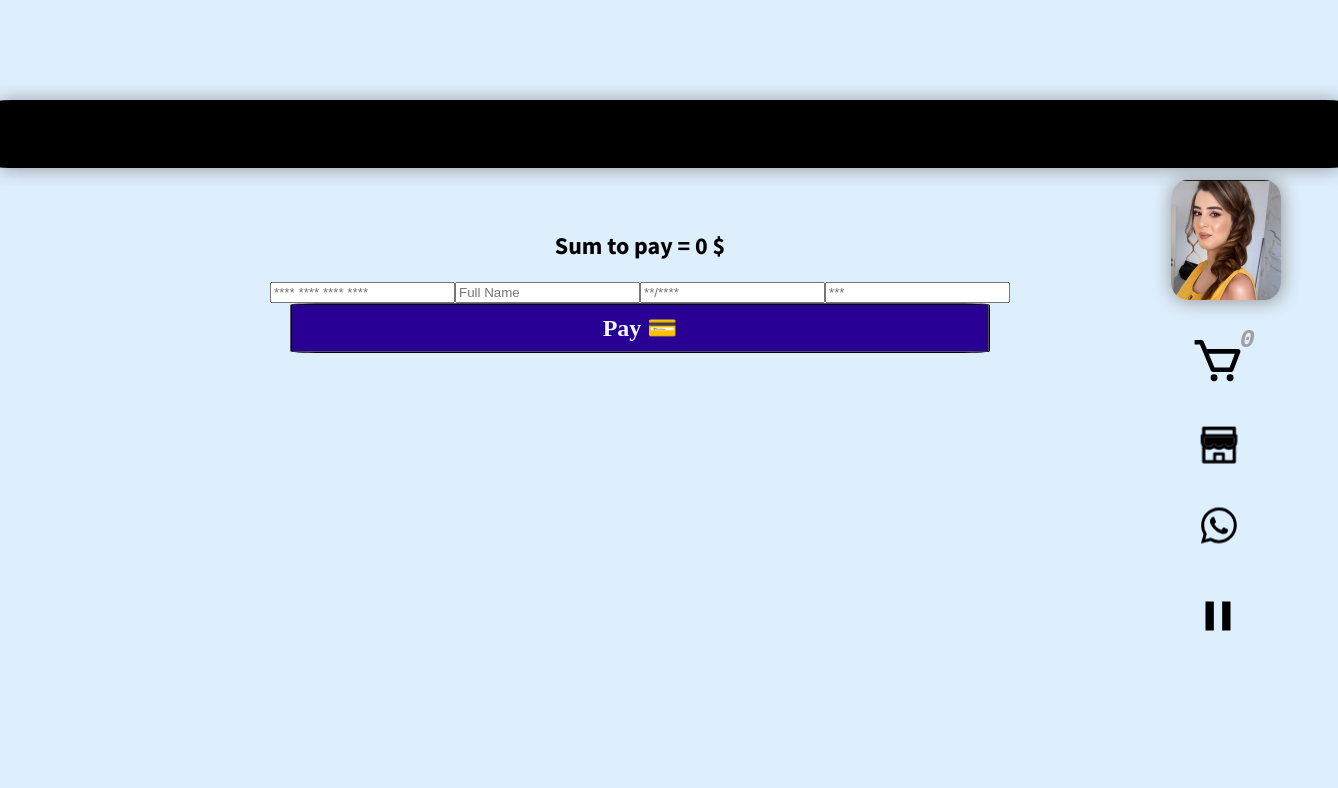
Repository: rehamAbass/BeautyCareShop
Page: /, after clicking the first element matching `svg.cartIcon`
These files come from the project's save history. The page is drawn as it stood at one moment and after the next save; the edit follows.
The browser window is 1280 px wide. The page is 1338 px wide, so the pictures cover 1338 px, including what lies to the right of the window. The pictures show the whole page.
The page's requests for data from a server got no answer. Some web fonts or font styles are not loaded; a fallback is used. The project was rebuilt for these pictures with package versions that can differ from the ones it lists, and the page was loaded fresh each time. No one was signed in, and anything a server would have sent is missing. Also part of the build but not shown: src/components/allProducts/card-list.css, src/components/allProducts/prod/card.css, src/components/allProducts/prod/card.component.jsx, src/components/search-box/search-box.css, src/components/myCart/cartProduct/cartProduct.css, src/components/myCart/cartProduct/cartProduct.jsx. Imported but missing from the stored project, and not drawn on this page: src/components/header/music/ed.mp3.

Above is the page before, as saved 2022-06-08 17:11:07.

### public/index.html
<!DOCTYPE html>
<html lang="en">
  </style>
  <head>
    <meta charset="utf-8" />
    <link rel="icon" href="" />
    <meta name="viewport" content="width=device-width, initial-scale=1" />
    <meta name="theme-color" content="#000000" />
    <meta
      name="description"
      content="Web site created using create-react-app"
    />
    <link rel="apple-touch-icon" href="" />
    <link rel="manifest" href="%PUBLIC_URL%/manifest.json" />
    <link rel="preconnect" href="https://fonts.googleapis.com">
    <link rel="preconnect" href="https://fonts.gstatic.com" crossorigin>
    <link href="https://fonts.googleapis.com/css2?family=Bigelow+Rules&display=swap" rel="stylesheet">
    <link rel="preconnect" href="https://fonts.googleapis.com">
    <link rel="preconnect" href="https://fonts.gstatic.com" crossorigin>
    <link href="https://fonts.googleapis.com/css2?family=Bigelow+Rules&family=Dancing+Script&display=swap"
      rel="stylesheet">
    <title color:'purble'>BeautyShop💄</title>
  </head>
  <body>

    <div id="root"></div>
  </body>
</html>

<!--
  <video id="video1" loop="" muted="" src="https://prod-streaming-video-msn-com.akamaized.net/aa5cb260-7dae-44d3-acad-3c7053983ffe/1b790558-39a2-4d2a-bcd7-61f075e87fdd.mp4"></video>

 -->

### src/components/allProducts/card-list.component.jsx

import './card-list.css'
import Card from './prod/card.component'
import React from 'react'

const CardList = ({ group ,addProduct}) => {
    return (
        <div className='card-list'>
            {group.map((p,i) =>
                (
                    <Card
                    key={i}
                    product={p}
                     addProduct={addProduct}/>
                )
            )
            }
        </div >

    )
}

export default CardList;

### src/components/search-box/search-box.component.jsx

import React from 'react'
import './search-box.css'


const SearchBox = ({ className, placeholder, searchHandler, group }) => {

    return (
        <div className='search-box'>
            <input
                className={className}
                type='search'
                placeholder='Search Products'
                onChange={searchHandler}
                style={{
                     fontStyle:'unset', fontStretch: 'extra-expanded'
                , fontSize:'large', borderRadius:'15%'}}
            />
            {group.length === 0 ?
                <div className='alert2'> NO Products with this prefix </div> : ''}
        </div>
    )
}


export default SearchBox;

### src/App.css
body {
  margin: 0;
  padding: 0;
  font-family: -apple-system, BlinkMacSystemFont, 'Segoe UI', 'Roboto', 'Oxygen',
    'Ubuntu', 'Cantarell', 'Fira Sans', 'Droid Sans', 'Helvetica Neue',
    sans-serif;
    background-color:rgba(192, 190, 228, 0.135);
  -webkit-font-smoothing: antialiased;
  -moz-osx-font-smoothing: grayscale;
  text-align: center;
}



















/* -------------------------------------------------------------------------------------- */

/* .App {
  text-align: center;
}

.App-logo {
  height: 40vmin;
  pointer-events: none;
}

@media (prefers-reduced-motion: no-preference) {
  .App-logo {
    animation: App-logo-spin infinite 20s linear;
  }
}

.App-header {
  background-color: #2d5cba;
  min-height: 100vh;
  display: flex;
  flex-direction: column;
  align-items: center;
  justify-content: center;
  font-size: calc(10px + 2vmin);
  color: white;
}

.App-link {
  color: #61dafb;
}

@keyframes App-logo-spin {
  from {
    transform: rotate(0deg);
  }
  to {
    transform: rotate(360deg);
  }
}

*/

### src/components/header/header.component.jsx
import React from 'react'
import './header.css'
import Music from './music/music.component';
import fatme from './fatme.jpeg'
import CartIcon from './cartIcon/cartIcon.component';
import {BsWhatsapp} from 'react-icons/bs'
import {AiTwotoneShop} from 'react-icons/ai'

const Header = ({counter,imgs, handleCart}) => {
    return (
        <div className='headClass'>
        <div className='imgs'>
            {imgs.map((link, i) => (
                    (i>=19 && i <29)&&<img
                    style={{transform:'scale(1)' ,  margin:'0px'}}
                    key={i}
                    src={link} alt='prod' />

            ))}
        </div>

            <img className='myImg' src={fatme} alt='me'
            />
               <CartIcon
            counter={counter}
             handleCart={handleCart}
            />
            <AiTwotoneShop
            className='goHome'
                onClick={() => {
                     handleCart(false)}}
            />
            <h4 className='title' >
                <marquee direction='left' loop='2' >Fatima Beauty Care Shop</marquee>
            </h4>


            <Music />


            <a  className='whatsApp'  aria-label="whats"
                target="_blank" rel="noopener"
                href="https://api.whatsapp.com/send?phone=972543656019&text=hello%20Fatima%20from%20your%20BeautyCareShop%20Website%20💄"
              >
              <BsWhatsapp/>
            </a>
        </div>
    )
}

export default Header;

### src/components/myCart/myCart.jsx
import './myCart.css'
import React from 'react'
import Card from './cartProduct/cartProduct.jsx'
import { useState } from 'react'

import Pay from './Payment/Pay'


const Cart = ({ sum, group, addProduct, deleteProduct, decreaseProduct  , handleSumCount}) => {

        const [paid, setPaid] = useState(false);
        const handlePaid = (val) => {
                setPaid(val);
            }
            //--------------------------------------
    return (
        <div className='allComp' >
              <h2 className='sum'> Sum to pay =  { sum } $ </h2>



                 {(paid === false)&&
                 <Pay/>}
                  {(paid === false)&&
            <button className='payy'
                onClick={() => {
                    handlePaid(true);
                     handleSumCount(true);
                      }}>
                 Pay 💳
                 </button>}
           {(paid == true)&&
            <h2
            style={{ fontSize: 'x-large' }}>
                THANK YOU MAN, PAID SUSSESSFULLY💳👍🏼👍🏼
            </h2>}


           {(paid === false) &&
            <div className='myCart' > {
                group.map((p, index) => (<
                                Card key = { index }
                                product = { p }
                                addProduct = { addProduct }
                                deleteProduct = { deleteProduct }
                                decreaseProduct = { decreaseProduct }
                                />)
                            )
            }
            </div>}
            </div>
                    )
                }


                export default Cart;

### src/components/header/header.css
.title {
    width: 110%;
    position: relative;
    font-size: 46px;
    font-weight: bolder;
    font-family: 'Dancing Script';
 color:rgb(251, 251, 251);
    font-stretch: extra-expanded;
    /* text-shadow: 11px 1px 11px rgb(255, 0, 123); */
    background-color: rgb(0, 0, 0);
     box-shadow: 1px 1px 17px 1px rgba(135, 134, 135, 0.74);
     margin-top: 40px;
     border-radius:1%;
}
.imgs{
    width: 110%;
    position: relative;
    height:60px;
     margin: 0px;
}
.goHome{
    color:rgb(0, 0, 0);
     position:fixed;
    margin-left: 47%;
    margin-top:376px;
     transform: scale(2.6);
}
.goHome:hover{
    color:rgb(160, 160, 164);
    transform:scale(3);
}
.whatsApp{
    color:rgb(0, 0, 0);
     position:fixed;
    margin-left: 47%;
    margin-top:290px;
     transform: scale(2);
}
.whatsApp:hover{
  color:rgb(160, 160, 164);

   }
.myImg{
    position:fixed;
    margin-left: 44%;
    margin-top:120px;
    width: 110px;
  height: 120px;
    box-shadow: 1px 1px 17px 1px rgb(155, 153, 153);
    border-radius:15%;
}

.headClass {
    border-radius: 12%;
    width: 95%;
    height: 30px;
    font-size: large;
    /* font-weight: 700; */
    font-style: italic;

}

### src/components/header/music/music.component.jsx
import './music.css'
import { useState, useEffect } from 'react'
import { MdPlayArrow, MdPause } from 'react-icons/md'
import  React  from 'react'
import ed from "./ed.mp3";

const aud = new Audio(ed);
aud.play();

const Music = () => {
    const [flagPlaying, setIsActive] = useState(true);
    const handleClick = (value) => {
        setIsActive(value);
        if (value === true) {
            aud.loop = true;
            aud.play();
        } else {
            aud.pause();
            aud.loop = false;
        }
    }

    return (<div className='myAudio'>
        {(flagPlaying === false) &&
            <MdPlayArrow
                className='btnAudio'
                onClick={() => {
                    if (flagPlaying === false) {
                        handleClick(true);
                    }
                }}
            />
        }
        {(flagPlaying === true) &&
            <MdPause
                className='btnAudio'
                style={{color:'black'}}
                onClick={() => {
                    if (flagPlaying === true) {
                        handleClick(false);
                    }
                }}
            />
        }
    </div>
    )
}


export default Music;

### src/components/header/cartIcon/cartIcon.component.jsx
import React from 'react'
import './cart.css'
import { BiCart } from "react-icons/bi";


const CartIcon = ({ counter,handleCart}) => {

    return (
        <div className='cart-container'>
            <span className='counter'>{counter}</span>
            <BiCart
                    className='cartIcon'
                    onClick={() => {
                      handleCart(true);
                     }}
                />
        </div>
    )
}
export default CartIcon;

### src/components/myCart/myCart.css
.myCart{
    width:900px;
    max-width: 900px;
    margin-left:3%;
    display: grid;
    grid-template-Columns:  1fr 1fr 1fr ;
    grid-gap: 0.4%;
    margin-top: 4%;
    margin-bottom:30%;
}

.alert1 {
    margin-top: 200px;
    text-align: center;
    /* padding: 40px; */
    /* color: rgb(55, 100, 212); */
    color:black;
    font-size: 50px;
    font-stretch: extra-expanded;
    font-family: 'Dancing Script';
    font-weight: bolder;
    text-shadow: 1px 1px  1px rgb(0, 0, 0);
    transform: scale(1.22);
    /* margin-top: '36%'; */
    margin-left:110%;
}
.sum{
    margin-top: 200px;
}
.alertPay {
     margin-left:-42%;
  /* margin-top: 400px; */
    text-align: center;
    color: rgb(13, 37, 100);
    font-size: 350x;
    /* font-stretch: extra-expanded; */
    /* font-family: 'Dancing Script'; */
    font-weight: bolder;
    text-shadow: 1px 1px  1px rgb(0, 0, 0);

}
.payy{
    cursor:pointer;
    border-style:ridge;
    border: 20 rgb(0, 0, 0);
    width :700px;
    height:50px;
      color:aliceblue;
    background-color:rgb(40, 0, 148);
   font-family:serif;
    font-size:x-large;
    font-weight:800;
    border-radius:4%;
}

.paybtn:hover{
    color:rgb(3, 3, 216);
    background-color:rgb(252, 252, 252);
    box-shadow: 1px 1px 2px 1px  rgb(0, 52, 197);
}

### src/components/myCart/Payment/Pay.jsx


import React from 'react'
import './Pay.css'

import {useState} from 'react';
const Pay =()=>{
    const [onChangee , setOnChangee] = useState({});
    const onChangeHandler =(obj)=>{
        setOnChangee(obj);
        }
 //-------------------------------
return (
    <div>
      <form id="cc-form">
    <input type="text" name="number" placeholder='**** **** **** ****'/>
    <input type="text" name="name" placeholder='Full Name'/>
    <input type="text" name="expiry" placeholder='**/****'/>
    <input type="text" name="cvc" placeholder='***'/>
</form>
    </div>
)

}



export default Pay;

### src/components/header/music/music.css
.myAudio {}

.btnAudio {
    width:  50px;
    height: 50px;
    position:fixed;
    margin-left: 45.7%;
    margin-top: 362px;
    color:rgb(0, 0, 0);
    border-radius: 90%;
}

.btnAudio:hover {
   color : rgb(160, 160, 164);
    transform: scale(1.125);
    box-shadow: 1px 1px 10px 1px  rgb(160, 162, 169);
}

### src/components/header/cartIcon/cart.css
.cartIcon{
     position:fixed;
    width:55px;
    height:55px;
    color:rgb(0, 0, 0);
    margin-top:1%;
    /* transform: translateZ(-1);
    transition: transform 0.25s ease-out; */
}
.cartIcon:hover{
    transform:scale(1.12);
    color:rgb(160, 160, 164);
}
.cart-container{
    position:fixed;
    margin-left: 93%;
    margin-top: 260px;
}
.cart-container:hover{
    color:rgb(0, 0, 0);
 /* transform: scale(1); */
 cursor: pointer;
}
.counter{
    font-size:large;
    font-family:'Courier New', Courier, monospace;

    color:rgb(160, 160, 164);
    font-weight:bolder;
    text-align: right;
      transform: scale(1.4);
    text-shadow: 2px 2px 12px 12px rgb(0, 0, 0);
    position: fixed;
    margin-left: 4%;
    margin-top:0.8%;
}

Loaded but not shown: src/index.js (common file); src/index.css (common file); src/App.js (180 lines, source omitted); src/components/myCart/Payment/Pay.css (631 lines, source omitted)

After the next save:
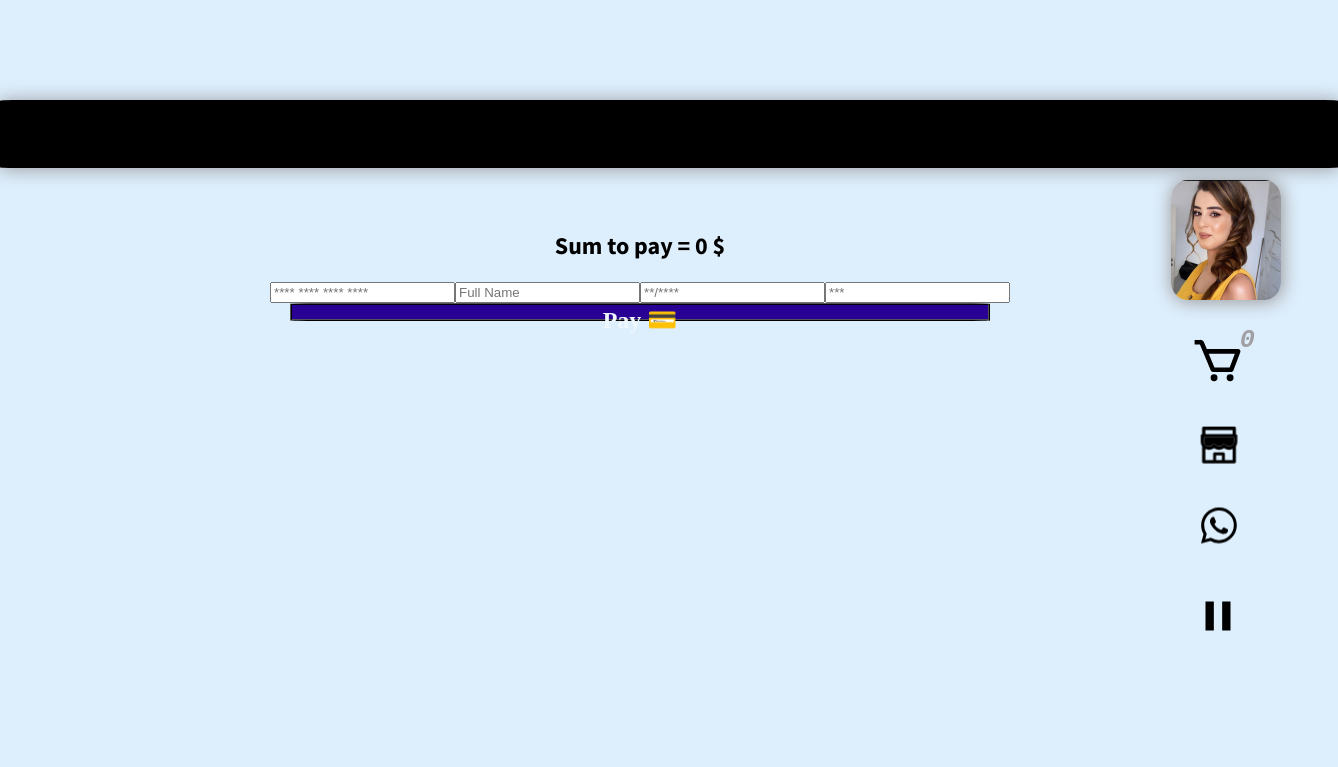
Saved 16 s later.
--- a/src/components/myCart/myCart.css
+++ b/src/components/myCart/myCart.css
@@ -44,7 +44,7 @@
     border-style:ridge;
     border: 20 rgb(0, 0, 0);
     width :700px;
-    height:50px;
+    height:18px;
       color:aliceblue;
     background-color:rgb(40, 0, 148);
    font-family:serif;
